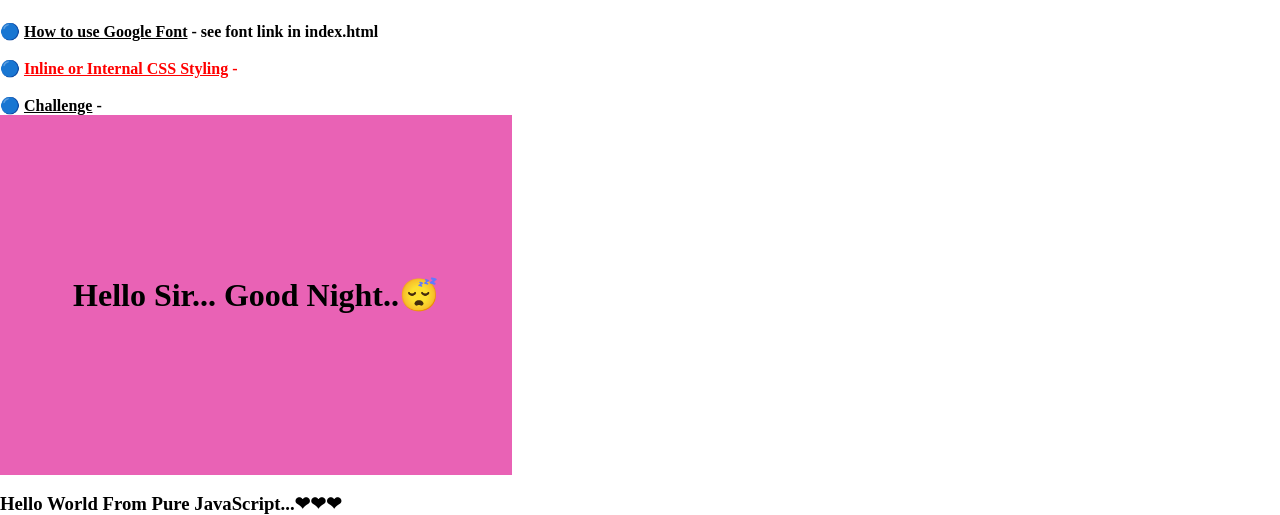
Repository: AalokJadhav/Being_ReactJS
Page: /
The author's editor kept a copy of each file at every save. The page is drawn from the files as they stood at one save, then again after the next save.
The browser window is 1280 px wide. The pictures show the part of the page from y = 620 to 1135 px (the page is 1135 px tall before and 991 px after).
The project was rebuilt for these pictures with package versions that can differ from the ones it lists, and the page was loaded fresh each time.

Above is the page before, as saved 2021-10-15 00:28:48.

After the next save:
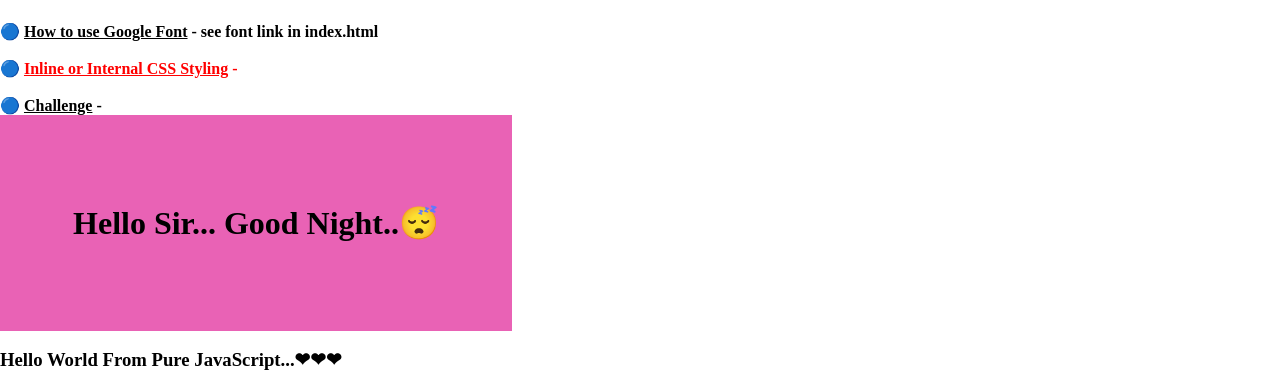
Saved 16 s later.
--- a/src/index.css
+++ b/src/index.css
@@ -38,7 +38,7 @@ code {
 .challenge1 {
   background-color: rgb(233, 98, 181);
   width: 40%;
-  height: 50vh;
+  height: 30vh;
   display: flex;
   justify-content: center;
   align-items: center;
